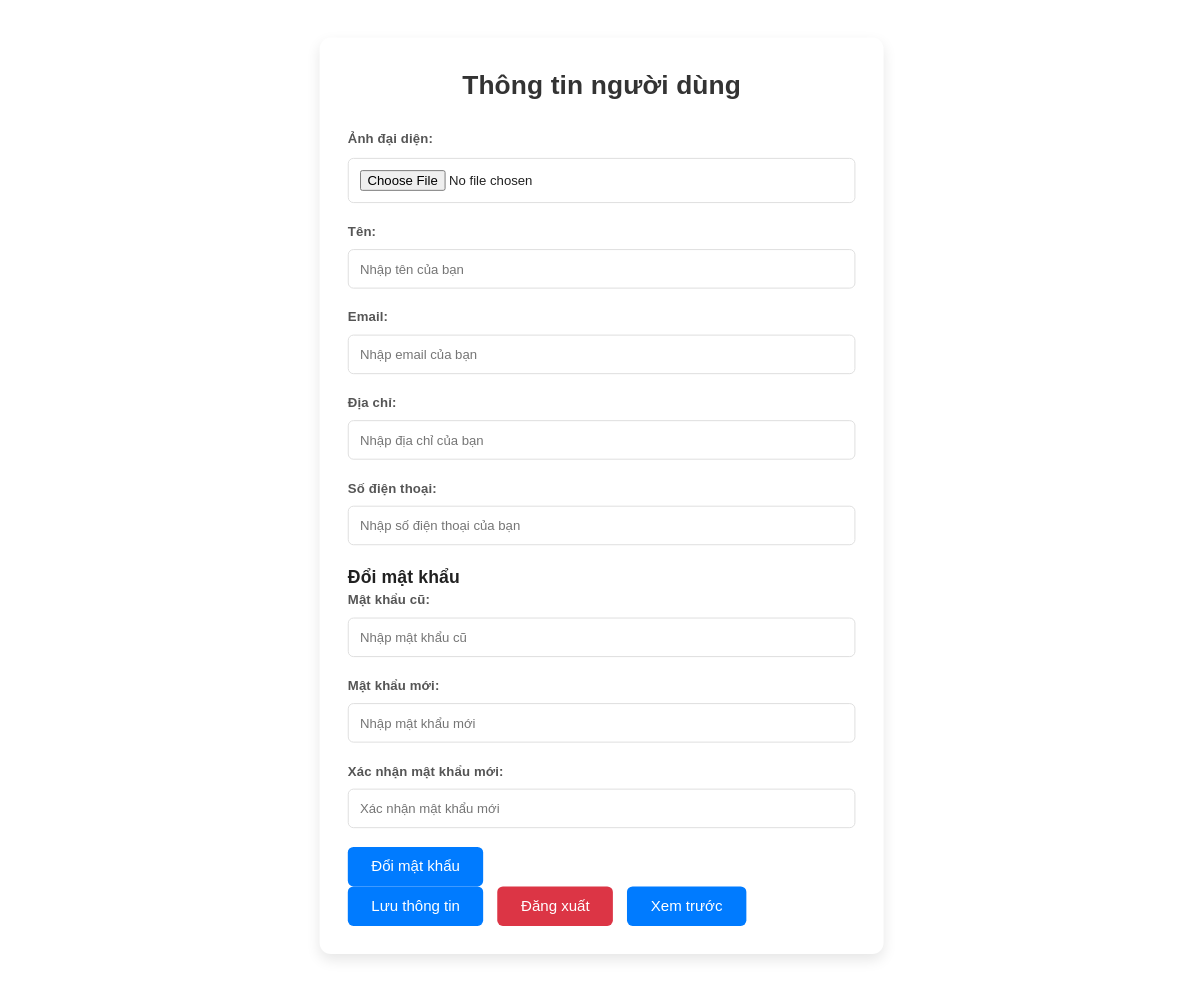
Repository: minhquang203/Homestay
Page: /profile (app in client/)
The author's editor kept a copy of each file at every save. The page is drawn from the files as they stood at one save, then again after the next save.
The browser window is 1280 px wide. The pictures show the whole page, at 94% of full size.
The project was rebuilt for these pictures with package versions that can differ from the ones it lists, and the page was loaded fresh each time. Also part of the build but not shown: client/src/styles/Footer.scss, client/src/components/Footer.jsx, client/src/styles/ListingCard.scss, client/src/components/ListingCard.jsx, client/src/styles/Loader.scss, client/src/components/Loader.jsx, client/src/styles/Navbar.scss, client/src/styles/variable.scss and 28 more.

Above is the page before, as saved 2025-04-04 20:44:15.

### client/public/index.html
<!DOCTYPE html>
<html lang="en">
  <head>
    <meta charset="utf-8" />
    <link rel="icon" href="%PUBLIC_URL%/favicon.ico" />
    <meta name="viewport" content="width=device-width, initial-scale=1" />
    <meta name="theme-color" content="#000000" />
    <meta
      name="description"
      content="Web site created using create-react-app"
    />
    <link rel="apple-touch-icon" href="%PUBLIC_URL%/logo192.png" />
    <link rel="manifest" href="%PUBLIC_URL%/manifest.json" />
    <link rel="preconnect" href="https://fonts.googleapis.com">
    <link rel="preconnect" href="https://fonts.gstatic.com" crossorigin>
    <link href="https://fonts.googleapis.com/css2?family=Nunito:ital,wght@0,200..1000;1,200..1000&display=swap" rel="stylesheet">
    <title>HomeStayMove</title>
  </head>
  <body>
    <div id="root"></div>

  </body>
</html>

### client/src/index.js
import { CssBaseline, ThemeProvider, createTheme } from "@mui/material"; // Thêm vào đây
import React from "react";
import ReactDOM from "react-dom/client";
import { Provider } from "react-redux";
import { PersistGate } from "redux-persist/integration/react";
import App from "./App";
import { persistor, store } from "./Redux/store";

// Tạo theme tùy chỉnh nếu cần thiết
const theme = createTheme({
  palette: {
    primary: {
      main: "#1976d2", // Màu chủ đạo
    },
    secondary: {
      main: "#dc004e", // Màu phụ
    },
  },
});

const root = ReactDOM.createRoot(document.getElementById("root"));
root.render(
  <React.StrictMode>
    <Provider store={store}>
      <PersistGate loading={null} persistor={persistor}>
        <ThemeProvider theme={theme}>
          <CssBaseline />
          <App />
        </ThemeProvider>
      </PersistGate>
    </Provider>
  </React.StrictMode>
);

### client/src/App.js
import { BrowserRouter, Route, Routes } from "react-router-dom";
import './App.css';
import CategoryPage from "./pages/CategoryPage";
import CreateListing from "./pages/CreateListing";
import HomePage from "./pages/HomePage";
import ListingDetails from "./pages/ListingDetails";
import LoginPage from "./pages/LoginPage";
import PaymentPage from "./pages/PaymentPage";
import Profile from "./pages/Profile";
import PropertyList from "./pages/PropertyList";
import RegisterPage from "./pages/RegisterPage";
import ReservationList from "./pages/ReservationList";
import SearchPage from "./pages/SearchPage";
import TripList from "./pages/TripsList";
import AboutUs from "./pages/Useful Links/AboutUs";
import TermsAndConditions from "./pages/Useful Links/TermsAndConditions";
import WishList from "./pages/WishList";

function App() {
  return (
    <div>
    <BrowserRouter>
      <Routes>
         <Route path="/" element={<HomePage/>}></Route>
         <Route path="/register" element={<RegisterPage/>}></Route>
         <Route path="/login" element={<LoginPage/>}></Route>
         <Route path="/profile" element={<Profile/>}></Route>
         <Route path="/create-listing" element={<CreateListing/>}></Route>
         <Route path="/properties/:listingId" element={<ListingDetails/>}></Route>
         <Route path="/properties/category/:category" element={<CategoryPage />} />
         <Route path="/properties/search/:search" element={<SearchPage />} />
         <Route path="/:userId/trips" element={<TripList />} />
         <Route path="/:userId/wishList" element={<WishList />} />
         <Route path="/:userId/properties" element={<PropertyList />} />
         <Route path="/:userId/reservations" element={<ReservationList />} />
         <Route path="/reservations" element={<ReservationList />} />
         <Route path="/about-us" element={<AboutUs />} />
         <Route path="/terms-and-conditions" element={<TermsAndConditions />} />
         <Route path="/payment" element={<PaymentPage />} />
      </Routes>
    </BrowserRouter>
    </div>
  );
}

export default App;

### client/src/Redux/store.js
// store.js
import { configureStore } from "@reduxjs/toolkit";
import {
  persistStore,
  persistReducer,
  FLUSH,
  REHYDRATE,
  PAUSE,
  PERSIST,
  PURGE,
  REGISTER,
} from "redux-persist";
import storage from "redux-persist/lib/storage";
import userReducer from "./state"; // Đảm bảo đúng đường dẫn đến state.js

// Cấu hình Redux Persist
const persistConfig = {
  key: "root", // Tên của key trong localStorage
  version: 1, // Phiên bản của state để khi có thay đổi sẽ cập nhật lại
  storage, // Chọn phương thức lưu trữ, có thể là localStorage hoặc sessionStorage
};

// Tạo persisted reducer từ userReducer
const persistedReducer = persistReducer(persistConfig, userReducer);

// Tạo store với persistedReducer
export const store = configureStore({
  reducer: persistedReducer, // Dùng persisted reducer để lưu trữ trạng thái người dùng
  middleware: (getDefaultMiddleware) =>
    getDefaultMiddleware({
      serializableCheck: {
        ignoredActions: [FLUSH, REHYDRATE, PAUSE, PERSIST, PURGE, REGISTER], // Bỏ qua các action không thể serialize
      },
    }),
});

// Khởi tạo persistor từ store
export const persistor = persistStore(store);

### client/src/App.css
* {
  margin: 0;
  padding: 0;
  box-sizing: border-box;
  font-family: 'Nunito'sans-serif;
}

### client/src/pages/Profile.jsx
import React, { useState } from "react";
import "../styles/Profile.scss";

const Profile = () => {
  const [editedUser, setEditedUser] = useState({
    name: "",
    email: "",
    address: "",
    phone: "",
    avatar: null,
    password: "",
    confirmPassword: "",
  });
  const [updateMessage, setUpdateMessage] = useState("");
  const [errors, setErrors] = useState({});
  const [previewMode, setPreviewMode] = useState(false);
  const [passwordData, setPasswordData] = useState({
    oldPassword: "",
    newPassword: "",
    confirmNewPassword: "",
  });
  const [passwordMessage, setPasswordMessage] = useState("");

  const handleChange = (e) => {
    const { name, value } = e.target;
    setEditedUser((prev) => ({ ...prev, [name]: value }));
  };

  const handlePasswordChange = (e) => {
    const { name, value } = e.target;
    setPasswordData((prev) => ({ ...prev, [name]: value }));
  };

  const handleAvatarChange = (e) => {
    const file = e.target.files[0];
    if (file) {
      setEditedUser((prev) => ({ ...prev, avatar: URL.createObjectURL(file) }));
    }
  };

  const validateInputs = () => {
    const newErrors = {};
    if (!editedUser.name) newErrors.name = "Tên không được để trống.";
    if (!editedUser.email) newErrors.email = "Email không được để trống.";
    else if (!/\S+@\S+\.\S+/.test(editedUser.email))
      newErrors.email = "Email không hợp lệ.";
    if (!editedUser.phone) newErrors.phone = "Số điện thoại không được để trống.";
    else if (!/^\d+$/.test(editedUser.phone))
      newErrors.phone = "Số điện thoại chỉ được chứa số.";
    if (editedUser.password && editedUser.password !== editedUser.confirmPassword)
      newErrors.confirmPassword = "Mật khẩu xác nhận không khớp.";
    return newErrors;
  };

  const handleSave = () => {
    const validationErrors = validateInputs();
    if (Object.keys(validationErrors).length > 0) {
      setErrors(validationErrors);
      return;
    }

    setErrors({});
    if (window.confirm("Bạn có chắc chắn muốn lưu thông tin?")) {
      console.log("Updated User:", editedUser);
      setUpdateMessage("Cập nhật thành công!");

      setTimeout(() => {
        setUpdateMessage("");
      }, 3000);
    }
  };

  const handleChangePassword = async () => {
    if (passwordData.newPassword !== passwordData.confirmNewPassword) {
      setPasswordMessage("Mật khẩu mới và xác nhận mật khẩu không khớp.");
      return;
    }

    try {
      const response = await fetch("http://localhost:3002/auth/change-password", {
        method: "PUT",
        headers: {
          "Content-Type": "application/json",
          Authorization: `Bearer ${localStorage.getItem("token")}`,
        },
        body: JSON.stringify({
          oldPassword: passwordData.oldPassword,
          newPassword: passwordData.newPassword,
        }),
      });

      const data = await response.json();
      if (response.ok) {
        setPasswordMessage("Đổi mật khẩu thành công!");
        setPasswordData({ oldPassword: "", newPassword: "", confirmNewPassword: "" });
      } else {
        setPasswordMessage(data.message || "Đổi mật khẩu thất bại.");
      }
    } catch (error) {
      console.error("Lỗi khi đổi mật khẩu:", error);
      setPasswordMessage("Đã xảy ra lỗi. Vui lòng thử lại.");
    }
  };

  const handleLogout = () => {
    if (window.confirm("Bạn có chắc chắn muốn đăng xuất?")) {
      console.log("Đăng xuất");
    }
  };

  const togglePreviewMode = () => {
    setPreviewMode((prev) => !prev);
  };

  return (
    <div className="profile">
      <h2>Thông tin người dùng</h2>

      {updateMessage && <p className="update-message">{updateMessage}</p>}

      <div className="avatar-section">
        <label>Ảnh đại diện:</label>
        <input type="file" accept="image/*" onChange={handleAvatarChange} />
        {editedUser.avatar && (
          <img
            src={editedUser.avatar}
            alt="Avatar"
            className="avatar-preview"
          />
        )}
      </div>

      <div>
        <label>Tên:</label>
        <input
          type="text"
          name="name"
          placeholder="Nhập tên của bạn"
          value={editedUser.name}
          onChange={handleChange}
        />
        {errors.name && <p className="error">{errors.name}</p>}
      </div>
      <div>
        <label>Email:</label>
        <input
          type="email"
          name="email"
          placeholder="Nhập email của bạn"
          value={editedUser.email}
          onChange={handleChange}
        />
        {errors.email && <p className="error">{errors.email}</p>}
      </div>
      <div>
        <label>Địa chỉ:</label>
        <input
          type="text"
          name="address"
          placeholder="Nhập địa chỉ của bạn"
          value={editedUser.address}
          onChange={handleChange}
        />
      </div>
      <div>
        <label>Số điện thoại:</label>
        <input
          type="text"
          name="phone"
          placeholder="Nhập số điện thoại của bạn"
          value={editedUser.phone}
          onChange={handleChange}
        />
        {errors.phone && <p className="error">{errors.phone}</p>}
      </div>

      <div className="change-password-section">
        <h3>Đổi mật khẩu</h3>
        <div>
          <label>Mật khẩu cũ:</label>
          <input
            type="password"
            name="oldPassword"
            placeholder="Nhập mật khẩu cũ"
            value={passwordData.oldPassword}
            onChange={handlePasswordChange}
          />
        </div>
        <div>
          <label>Mật khẩu mới:</label>
          <input
            type="password"
            name="newPassword"
            placeholder="Nhập mật khẩu mới"
            value={passwordData.newPassword}
            onChange={handlePasswordChange}
          />
        </div>
        <div>
          <label>Xác nhận mật khẩu mới:</label>
          <input
            type="password"
            name="confirmNewPassword"
            placeholder="Xác nhận mật khẩu mới"
            value={passwordData.confirmNewPassword}
            onChange={handlePasswordChange}
          />
        </div>
        {passwordMessage && <p className="error">{passwordMessage}</p>}
        <button onClick={handleChangePassword}>Đổi mật khẩu</button>
      </div>

      <button onClick={handleSave}>Lưu thông tin</button>
      <button className="logout-button" onClick={handleLogout}>
        Đăng xuất
      </button>
      <button onClick={togglePreviewMode}>
        {previewMode ? "Chỉnh sửa" : "Xem trước"}
      </button>

      {previewMode && (
        <div className="preview-section">
          <h3>Xem trước thông tin</h3>
          <p>Tên: {editedUser.name}</p>
          <p>Email: {editedUser.email}</p>
          <p>Địa chỉ: {editedUser.address}</p>
          <p>Số điện thoại: {editedUser.phone}</p>
        </div>
      )}
    </div>
  );
};

export default Profile;

### client/src/Redux/state.js
import { createSlice } from "@reduxjs/toolkit";

const initialState = {
  user: null, // Thông tin người dùng
  token: null, // Token đăng nhập
  payment : null,
};

export const userSlice = createSlice({
  name: "user",
  initialState,
  reducers: {
    // Đăng nhập thành công, lưu thông tin người dùng và token
    setLogin: (state, action) => {
      state.user = action.payload.user;
      state.token = action.payload.token;
    },
    // Đăng xuất, xóa thông tin người dùng và token
    setLogout: (state) => {
      state.user = null;
      state.token = null;
    },
    // Cập nhật thông tin người dùng
    setUserDetails: (state, action) => {
      if (state.user) {
        state.user = { ...state.user, ...action.payload };
      }
    },
    // Cập nhật danh sách properties
    setListings: (state, action) => {
      state.listings = action.payload.listings;
    },
    setTripList: (state, action) => {
      state.user.tripList = action.payload;
    },
    setWishList: (state, action) => {
      state.user.wishList = action.payload;
    },
    setPropertyList: (state, action) => {
      state.user.propertyList = action.payload;
    },
    setReservationList: (state, action) => {
      state.user.reservationList = action.payload;
    },
    setPayment: (state, action) => {
      state.payment = action.payload;
    },
    clearPayment: (state) => {
      state.payment = null;
    },
  },
});

// Export các action để sử dụng
export const {
  setLogin,
  setLogout,
  setUserDetails,
  setListings,
  setTripList,
  setWishList,
  setPropertyList,
  setReservationList,
  setPayment,
  clearPayment,
} = userSlice.actions;

// Export reducer để thêm vào store
export default userSlice.reducer;

### client/src/styles/Profile.scss
.profile {
  max-width: 600px;
  margin: 40px auto;
  padding: 30px;
  background-color: #ffffff;
  border-radius: 12px;
  box-shadow: 0 6px 15px rgba(0, 0, 0, 0.1);
  font-family: Arial, sans-serif;

  h2 {
    font-size: 28px;
    font-weight: bold;
    color: #333;
    margin-bottom: 25px;
    text-align: center;
  }

  .update-message {
    font-size: 16px;
    color: #28a745;
    text-align: center;
    margin-bottom: 20px;
    animation: fadeIn 0.5s ease-in-out;
  }

  .avatar-section {
    margin-bottom: 20px;

    label {
      display: block;
      font-size: 14px;
      color: #555;
      margin-bottom: 8px;
      font-weight: 600;
    }

    input[type="file"] {
      display: block;
      margin-top: 10px;
    }

    .avatar-preview {
      display: block;
      width: 100px;
      height: 100px;
      border-radius: 50%;
      object-fit: cover;
      margin-top: 10px;
      border: 2px solid #ddd;
    }
  }

  label {
    display: block;
    font-size: 14px;
    color: #555;
    margin-bottom: 8px;
    font-weight: 600;
  }

  input {
    width: 100%;
    padding: 12px;
    font-size: 14px;
    border: 1px solid #ddd;
    border-radius: 6px;
    margin-bottom: 20px;
    transition: border-color 0.3s, box-shadow 0.3s;

    &:focus {
      border-color: #007bff;
      box-shadow: 0 0 5px rgba(0, 123, 255, 0.5);
      outline: none;
    }
  }

  .error {
    font-size: 12px;
    color: #dc3545;
    margin-top: -15px;
    margin-bottom: 15px;
  }

  button {
    display: inline-block;
    padding: 12px 25px;
    font-size: 16px;
    color: #ffffff;
    background-color: #007bff;
    border: none;
    border-radius: 6px;
    cursor: pointer;
    transition: background-color 0.3s, transform 0.2s;

    &:hover {
      background-color: #0056b3;
      transform: translateY(-2px);
    }

    &:active {
      transform: translateY(1px);
    }

    &:not(:last-child) {
      margin-right: 15px;
    }

    &.logout-button {
      background-color: #dc3545;

      &:hover {
        background-color: #c82333;
      }
    }
  }

  .preview-section {
    margin-top: 20px;
    padding: 20px;
    background-color: #f8f9fa;
    border-radius: 8px;
    box-shadow: 0 4px 10px rgba(0, 0, 0, 0.1);

    h3 {
      font-size: 20px;
      margin-bottom: 15px;
    }

    p {
      font-size: 16px;
      margin-bottom: 10px;
    }
  }

  /* Responsive */
  @media (max-width: 576px) {
    padding: 20px;

    h2 {
      font-size: 24px;
    }

    button {
      width: 100%;
      margin-bottom: 10px;

      &:not(:last-child) {
        margin-right: 0;
      }
    }
  }

  /* Animation */



  @keyframes fadeIn {
    0% {
      opacity: 0;
      transform: translateY(-10px);
    }
    100% {
      opacity: 1;
      transform: translateY(0);
    }
  }
}

Loaded but not shown: client/src/data.js (270 lines, source omitted)

After the next save:
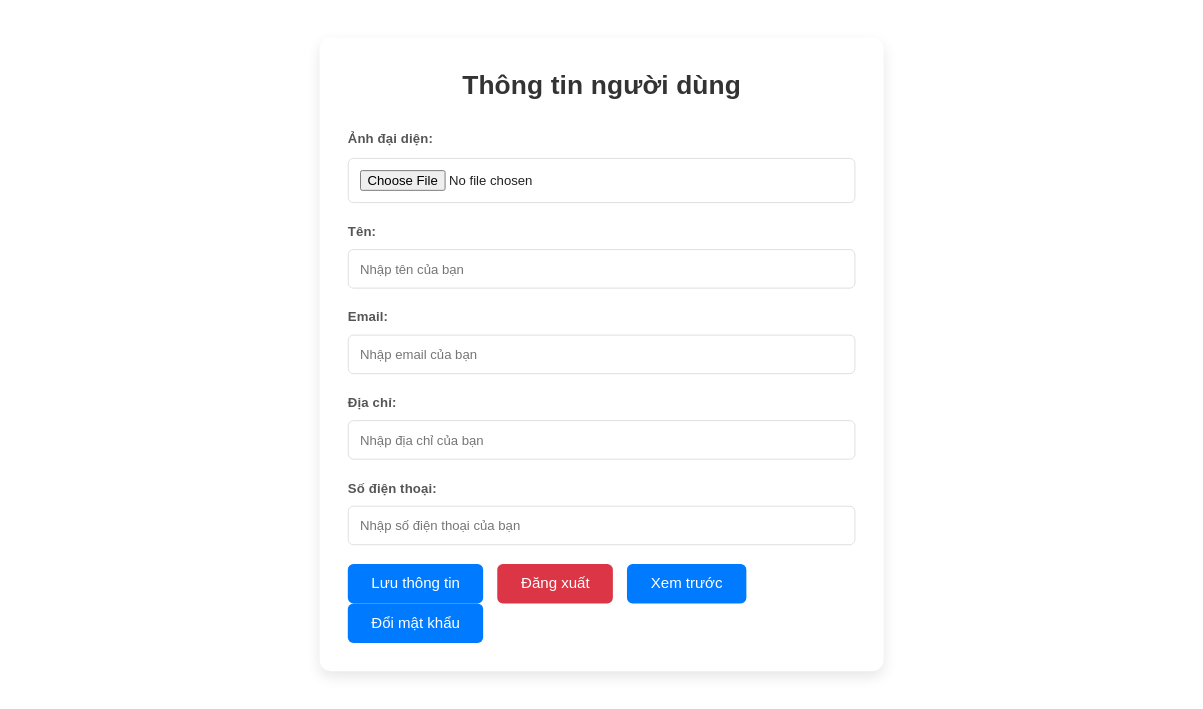
Saved 12 s later.
--- a/client/src/pages/Profile.jsx
+++ b/client/src/pages/Profile.jsx
@@ -1,4 +1,5 @@
 import React, { useState } from "react";
+import { useNavigate } from "react-router-dom"; // Import useNavigate
 import "../styles/Profile.scss";
 
 const Profile = () => {
@@ -14,21 +15,12 @@
   const [updateMessage, setUpdateMessage] = useState("");
   const [errors, setErrors] = useState({});
   const [previewMode, setPreviewMode] = useState(false);
-  const [passwordData, setPasswordData] = useState({
-    oldPassword: "",
-    newPassword: "",
-    confirmNewPassword: "",
-  });
-  const [passwordMessage, setPasswordMessage] = useState("");
+
+  const navigate = useNavigate(); // Khởi tạo useNavigate
 
   const handleChange = (e) => {
     const { name, value } = e.target;
     setEditedUser((prev) => ({ ...prev, [name]: value }));
-  };
-
-  const handlePasswordChange = (e) => {
-    const { name, value } = e.target;
-    setPasswordData((prev) => ({ ...prev, [name]: value }));
   };
 
   const handleAvatarChange = (e) => {
@@ -70,38 +62,6 @@
     }
   };
 
-  const handleChangePassword = async () => {
-    if (passwordData.newPassword !== passwordData.confirmNewPassword) {
-      setPasswordMessage("Mật khẩu mới và xác nhận mật khẩu không khớp.");
-      return;
-    }
-
-    try {
-      const response = await fetch("http://localhost:3002/auth/change-password", {
-        method: "PUT",
-        headers: {
-          "Content-Type": "application/json",
-          Authorization: `Bearer ${localStorage.getItem("token")}`,
-        },
-        body: JSON.stringify({
-          oldPassword: passwordData.oldPassword,
-          newPassword: passwordData.newPassword,
-        }),
-      });
-
-      const data = await response.json();
-      if (response.ok) {
-        setPasswordMessage("Đổi mật khẩu thành công!");
-        setPasswordData({ oldPassword: "", newPassword: "", confirmNewPassword: "" });
-      } else {
-        setPasswordMessage(data.message || "Đổi mật khẩu thất bại.");
-      }
-    } catch (error) {
-      console.error("Lỗi khi đổi mật khẩu:", error);
-      setPasswordMessage("Đã xảy ra lỗi. Vui lòng thử lại.");
-    }
-  };
-
   const handleLogout = () => {
     if (window.confirm("Bạn có chắc chắn muốn đăng xuất?")) {
       console.log("Đăng xuất");
@@ -110,6 +70,10 @@
 
   const togglePreviewMode = () => {
     setPreviewMode((prev) => !prev);
+  };
+
+  const goToChangePassword = () => {
+    navigate("/change-password"); // Điều hướng đến trang đổi mật khẩu
   };
 
   return (
@@ -174,42 +138,6 @@
         {errors.phone && <p className="error">{errors.phone}</p>}
       </div>
 
-      <div className="change-password-section">
-        <h3>Đổi mật khẩu</h3>
-        <div>
-          <label>Mật khẩu cũ:</label>
-          <input
-            type="password"
-            name="oldPassword"
-            placeholder="Nhập mật khẩu cũ"
-            value={passwordData.oldPassword}
-            onChange={handlePasswordChange}
-          />
-        </div>
-        <div>
-          <label>Mật khẩu mới:</label>
-          <input
-            type="password"
-            name="newPassword"
-            placeholder="Nhập mật khẩu mới"
-            value={passwordData.newPassword}
-            onChange={handlePasswordChange}
-          />
-        </div>
-        <div>
-          <label>Xác nhận mật khẩu mới:</label>
-          <input
-            type="password"
-            name="confirmNewPassword"
-            placeholder="Xác nhận mật khẩu mới"
-            value={passwordData.confirmNewPassword}
-            onChange={handlePasswordChange}
-          />
-        </div>
-        {passwordMessage && <p className="error">{passwordMessage}</p>}
-        <button onClick={handleChangePassword}>Đổi mật khẩu</button>
-      </div>
-
       <button onClick={handleSave}>Lưu thông tin</button>
       <button className="logout-button" onClick={handleLogout}>
         Đăng xuất
@@ -217,6 +145,7 @@
       <button onClick={togglePreviewMode}>
         {previewMode ? "Chỉnh sửa" : "Xem trước"}
       </button>
+      <button onClick={goToChangePassword}>Đổi mật khẩu</button>
 
       {previewMode && (
         <div className="preview-section">
